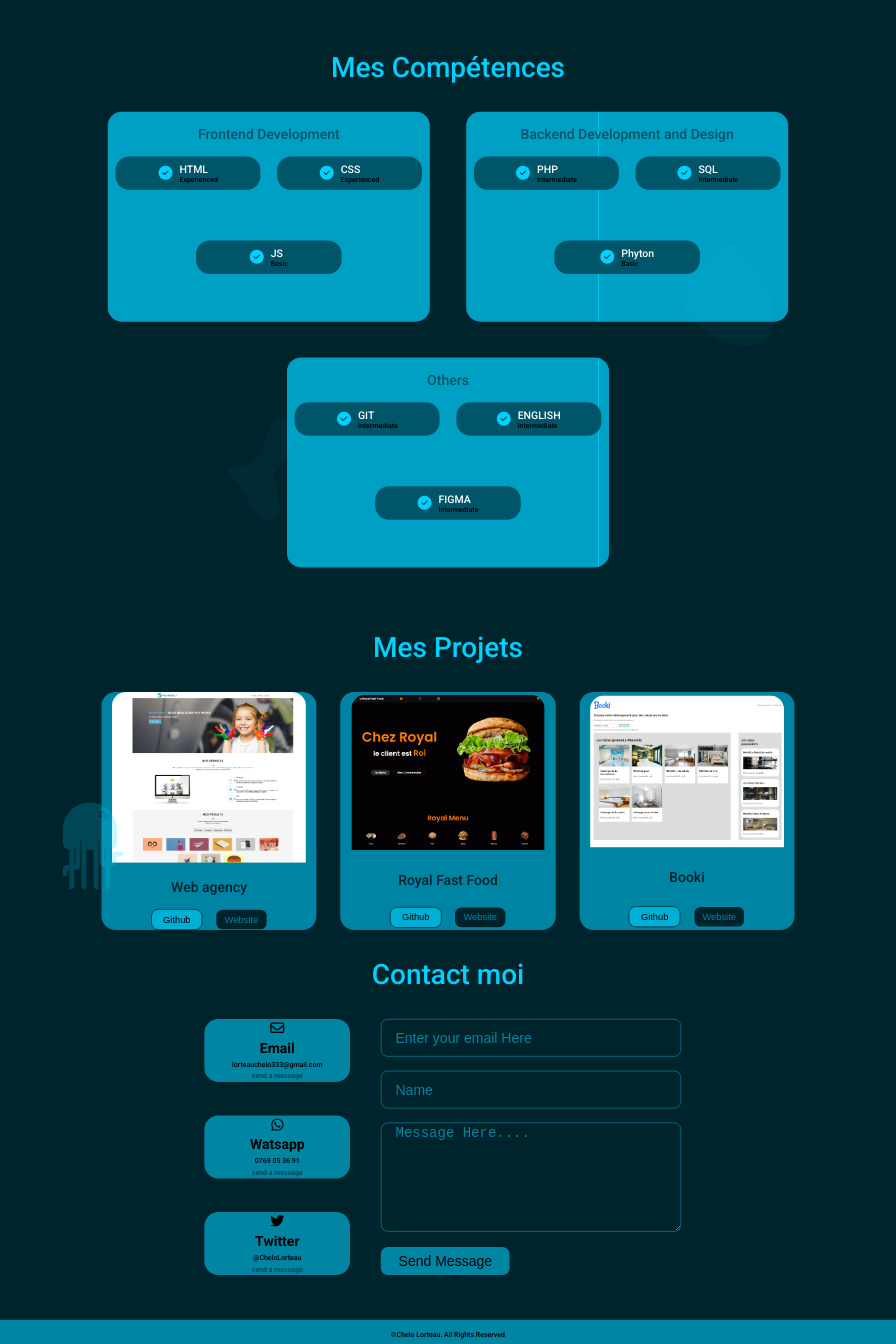
Repository: Chelorteau/Portfolio
Page: index.html
The author's editor kept a copy of each file at every save. The page is drawn from the files as they stood at one save, then again after the next save.
The browser window is 1280 px wide. The pictures show the part of the page from y = 1412 to 3332 px (the page is 3332 px tall), at 70% of full size.
Some web libraries are served in a nearby version.

Above is the page before, as saved 2023-02-19 19:45:09.
Console error: ReferenceError: emailjs is not defined

After the next save:
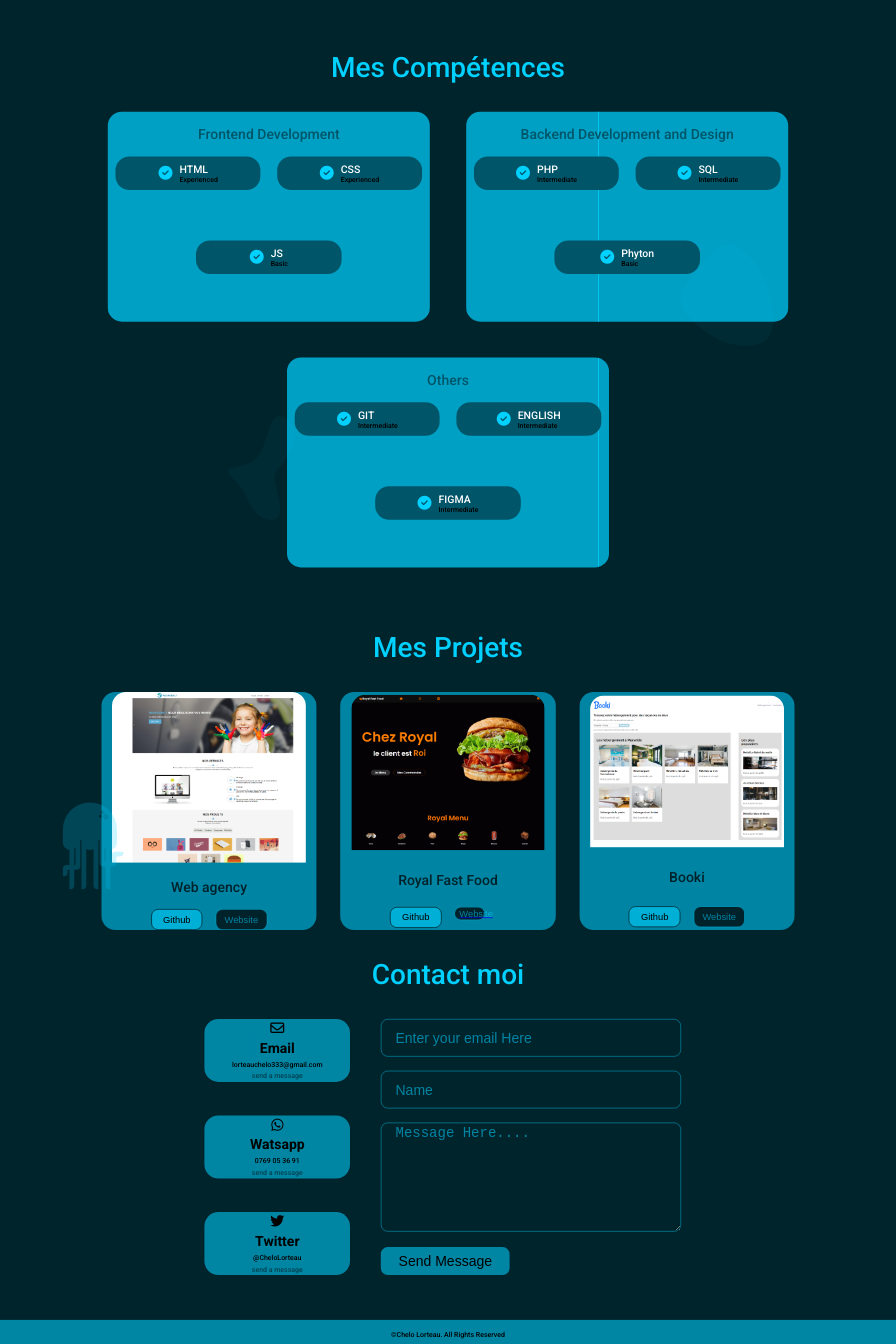
Saved 115 s later.
--- a/index.html
+++ b/index.html
@@ -218,7 +218,7 @@
                     </button>
 
                     <a class="w-40" href="https://drive.google.com/file/d/1sZzORlBVzXq-9hTMNPZ7NjbJwF3PUsPI/view" target="_blank">
-                        <button class=" mes_projets_card_button_element_royal website">
+                        <button class=" mes_projets_card_button website">
                             Website
                         </button>
                     </a>
